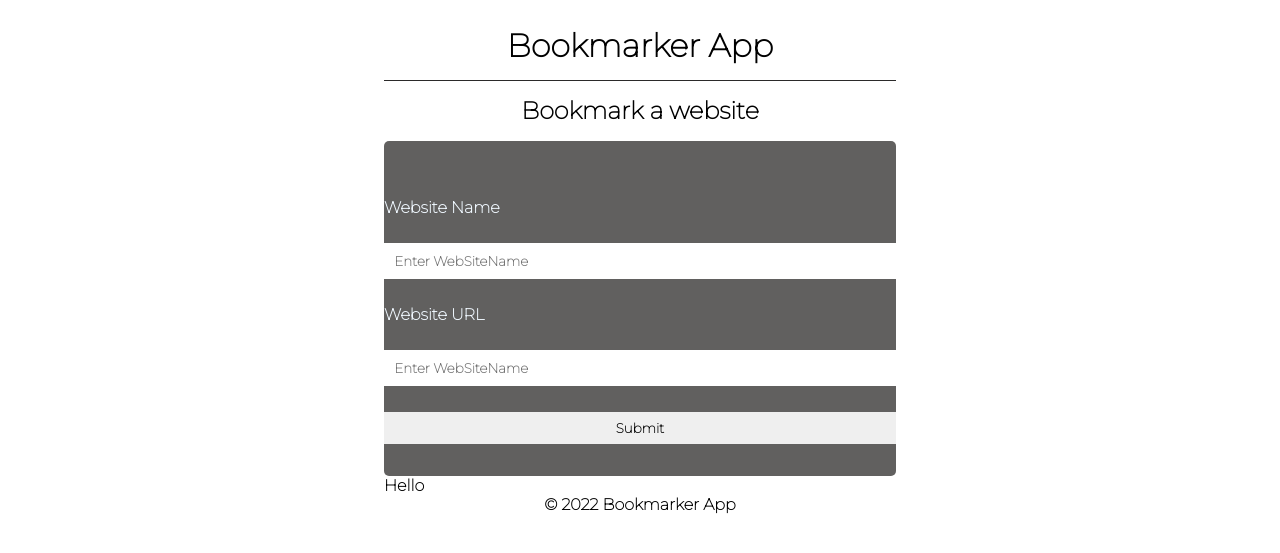
Repository: Suporl9/BookMarkerApp
Page: index.html
These files come from the project's save history. The page is drawn as it stood at one moment and after the next save; the edit follows.
The browser window is 1280 px wide. The pictures show the whole page.

Above is the page before, as saved 2021-11-21 21:19:34.

### index.html
<!DOCTYPE html>
<html lang="en">
  <head>
    <meta charset="UTF-8" />
    <meta http-equiv="X-UA-Compatible" content="IE=edge" />
    <meta name="viewport" content="width=device-width, initial-scale=1.0" />
    <link rel="stylesheet" href="./style.css" />
    <title>Document</title>
  </head>
  <body>
    <div class="container">
      <div class="innerContainer">
        <div class="ininContainer">
          <div class="bookmarkerSection"><h1>Bookmarker App</h1></div>
          <!-- <h1>Bookmarker App</h1> -->
          <div class="vh"></div>
          <div class="formInput">
            <form class="formSec">
              <h2 class="h2class">Bookmark a website</h2>
              <div class="sitesec">
                <label class="labc" name="siteName">Website Name</label>
                <input
                  type="text"
                  name="sitename"
                  placeholder="Enter WebSiteName"
                  class="inpClass"
                />
                <label class="labc" name="siteName">Website URL</label>
                <input
                  type="text"
                  name="sitename"
                  class="inpClass"
                  placeholder="Enter WebSiteName"
                />
                <button class="submBtn">Submit</button>
              </div>
            </form>
          </div>
          <div class="toBeAdded">Hello</div>
          <footer class="footer">
            <p>&copy; 2022 Bookmarker App</p>
          </footer>
        </div>
      </div>
    </div>
  </body>
</html>

### style.css
@import url("https://fonts.googleapis.com/css2?family=Montserrat:wght@100&display=swap");

:root {
  --main-bg-color: rgb(255, 255, 255);
  --main-grey: rgb(97, 96, 95);
}
* {
  font-family: "Montserrat", sans-serif;
  box-sizing: border-box; /* includes padding in height and width(the box outside doesnot get bigger when adding padding and stuff)*/
  margin: 0;
  padding: 0;
  font-weight: bold;
  border: none;
}
body {
  width: 80%;
  margin: auto;
}
.container {
  font-family: "Montserrat", sans-serif;

  display: flex;
  justify-content: center;
}
.innerContainer {
  /* display: flex;
  flex-direction: column; */
  width: 50%;
  margin: auto;
  /* justify-content: center;
  align-self: center; */
}
.ininContainer {
  display: flex;
  flex-direction: column;
  margin-top: 5%;
  /* align-content: center; */
  /* justify-content: center; */
}
.bookmarkerSection {
  display: flex;
  justify-content: center;
}
.vh {
  border-bottom: 1px solid rgb(43, 42, 42);
  margin-top: 3%;
}
/* .formInput {
  display: flex;
  flex-direction: column;
  justify-content: center;
} */
.h2class {
  align-self: center;
  margin-bottom: 3%;
}
.formSec {
  display: flex;
  flex-direction: column;
  margin-top: 3%;
  /* justify-content: end; */
  /* width: 0%; */
  /* align-content: center; */
}
.sitesec {
  display: flex;
  flex-direction: column;
  background-color: var(--main-grey);
  padding-top: 2rem;
  padding-bottom: 2rem;
  border-radius: 5px;
  color: aliceblue;
}
.submBtn {
  margin-top: 5%;
  padding: 0.5rem;
}
.inpClass {
  margin-top: 5%;
  padding: 2%;
}
.labc {
  margin-top: 5%;
}
.footer {
  align-self: center;
}
/* .formSec,
.sitesec {
  display: flex;
  flex-direction: column;
} */
/* .sitesec {
  display: flex;
  flex-direction: column;
}
 */

After the next save:
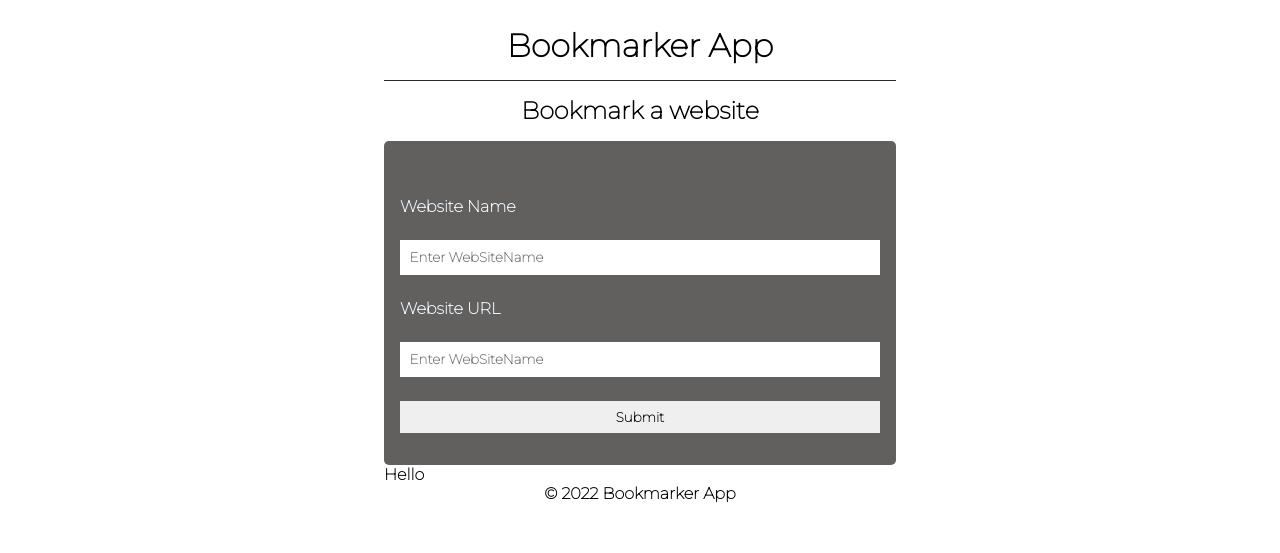
Saved 18 s later.
--- a/style.css
+++ b/style.css
@@ -66,8 +66,8 @@ body {
   display: flex;
   flex-direction: column;
   background-color: var(--main-grey);
-  padding-top: 2rem;
-  padding-bottom: 2rem;
+  padding: 2rem 1rem;
+  /* padding-bottom: 2rem; */
   border-radius: 5px;
   color: aliceblue;
 }
